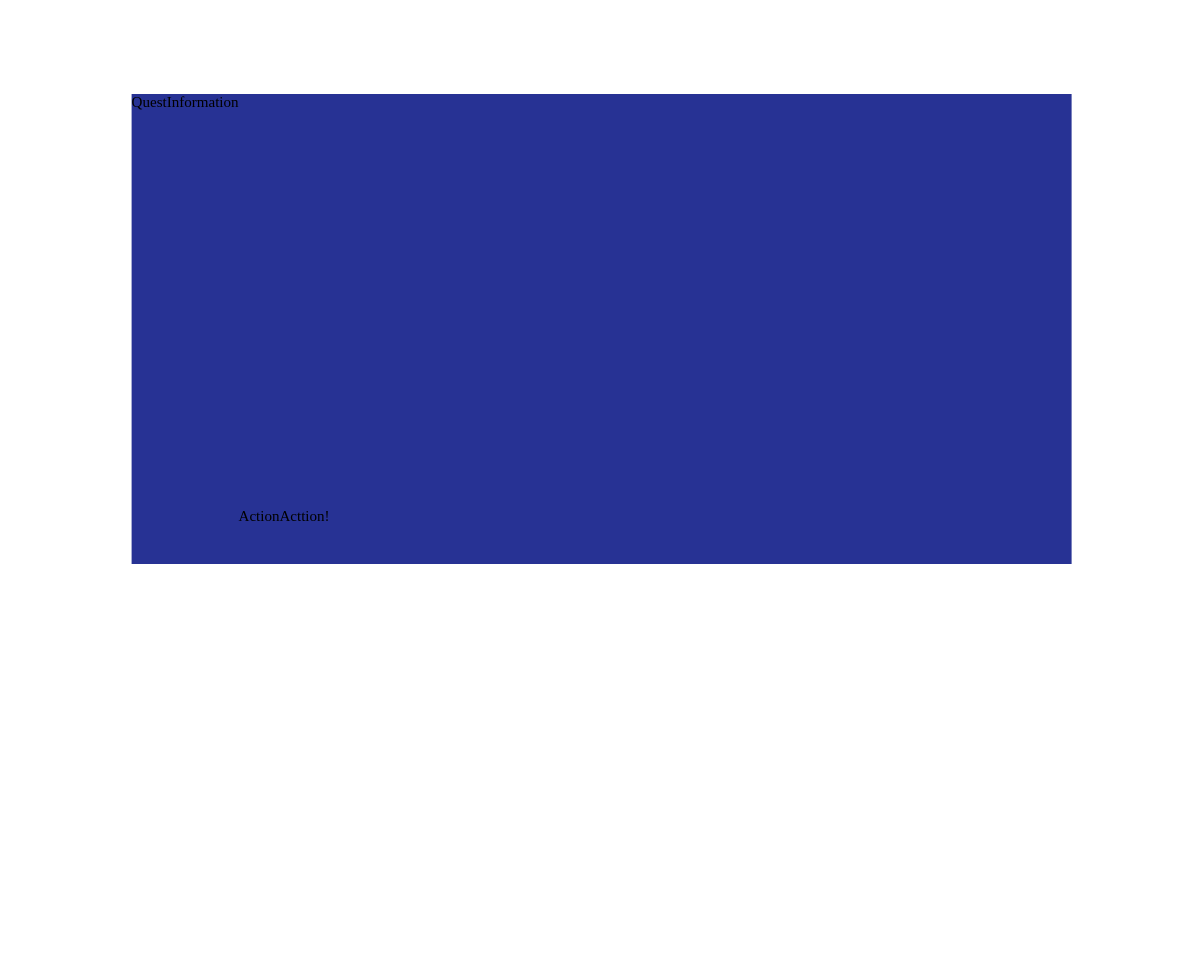
Repository: rahulnag7963/UBCHacks4.0
Page: /
The author's editor kept a copy of each file at every save. The page is drawn from the files as they stood at one save, then again after the next save.
The browser window is 1280 px wide. The pictures show the whole page, at 94% of full size.
The project was rebuilt for these pictures with package versions that can differ from the ones it lists, and the page was loaded fresh each time.

Above is the page before, as saved 2022-11-26 03:02:43.

### public/index.html
<!DOCTYPE html>
<html lang="en">
  <head>
    <meta charset="utf-8" />
    <link rel="icon" href="%PUBLIC_URL%/favicon.ico" />
    <meta name="viewport" content="width=device-width, initial-scale=1" />
    <meta name="theme-color" content="#000000" />
    <meta
      name="description"
      content="Web site created using create-react-app"
    />
    <link rel="apple-touch-icon" href="%PUBLIC_URL%/logo192.png" />
    <link rel="manifest" href="%PUBLIC_URL%/manifest.json" />
    <title>BC Hacks 4.0 Game</title>
  </head>
  <body>
    <noscript>You need to enable JavaScript to run this app.</noscript>
    <div id="root"></div>
  </body>
</html>

### src/index.tsx
import React from 'react';
import ReactDOM from 'react-dom/client';
import './index.css';
import App from './app';

const root = ReactDOM.createRoot(
  document.getElementById('root') as HTMLElement
);

root.render(
  <React.StrictMode>
    <App />
  </React.StrictMode>
);

### src/app.tsx
import React from "react";
import "./app.css";
import Quest from "./Components/Quest";
import Information from "./Components/Information";
import Action from "./Components/Action";
function app() {
  return (
    <div className="app">
      <Quest />
      <Information />
      <div className="actionComponent">
        <Action />
      </div>
    </div>
  );
}

export default app;

### src/app.css
.app {
    height: 500px;
    width: 1000px;
    background-color: rgb(39, 50, 148);
    margin-left: auto;
    margin-right: auto;
    margin-top: 100px;
}

.actionComponent {
    position: relative;
    top: 440px;
}

### src/Components/Quest.tsx
import React from 'react'

const Quest = () => {
  return (
    <div>Quest</div>
  )
}

export default Quest

### src/Components/Information.tsx
import React from 'react'

const Information = () => {
  return (
    <div>Information</div>
  )
}

export default Information

### src/Components/Action.tsx
import React from "react";
import "./Action.css";
const Action = () => {
  return (
    <div className="Action">
      <div>Action</div>
      <div>Acttion!</div>
    </div>
  );
};

export default Action;

### src/Components/Action.css
div{
    display: flex;
    flex-direction: row;
}

Loaded but not shown: src/index.css (common file)

After the next save:
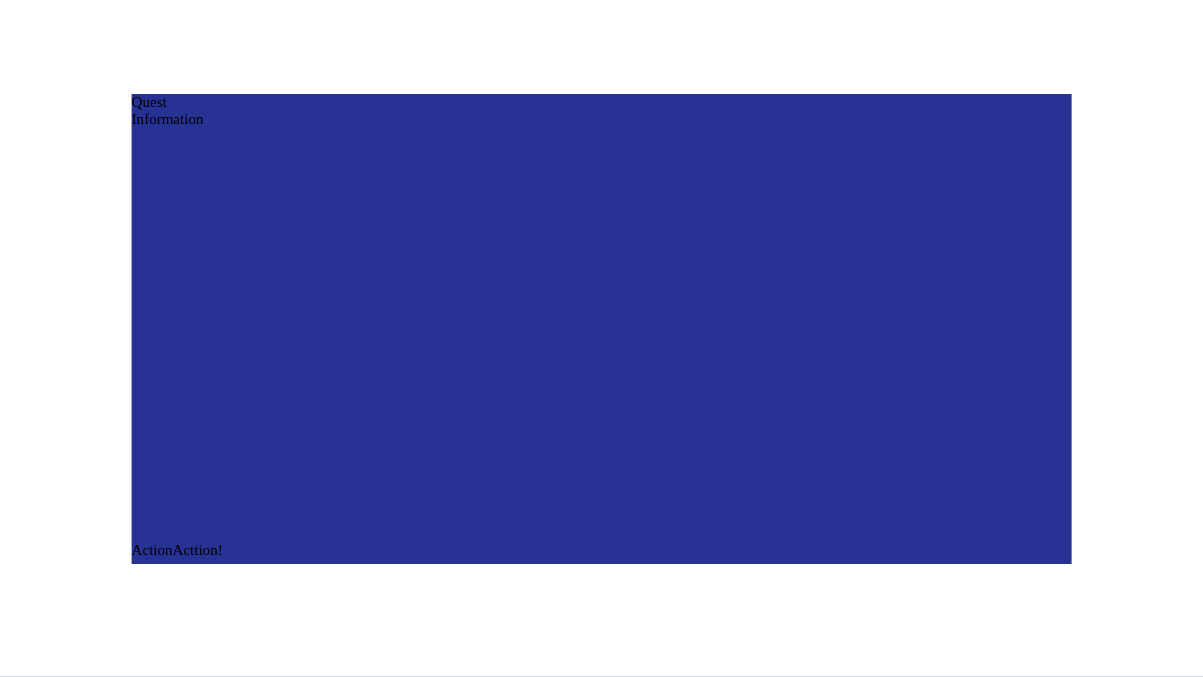
Saved 8 s later.
--- a/src/Components/Action.css
+++ b/src/Components/Action.css
@@ -1,4 +1,4 @@
-div{
+.Action{
     display: flex;
     flex-direction: row;
 }
